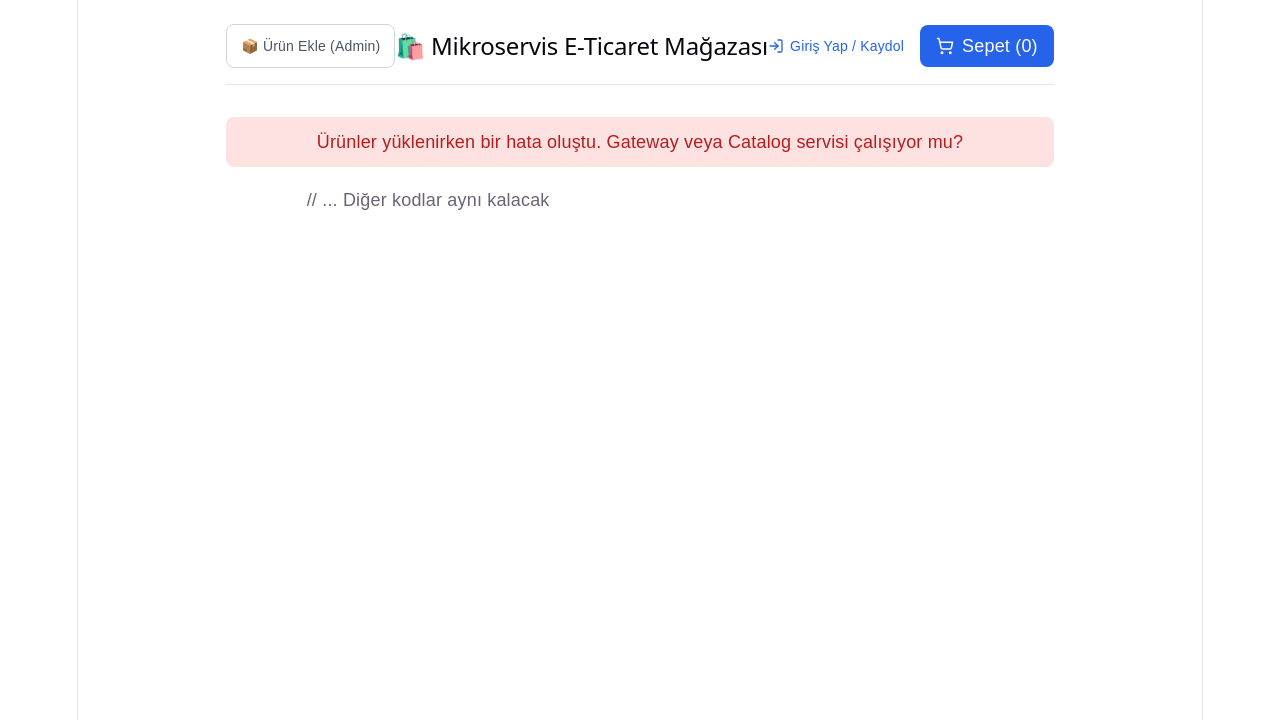
Repository: emir1958/EticaretMicroservice
Page: / (app in src/Clients/ecommerce-ui/)
These files come from the project's save history. The page is drawn as it stood at one moment and after the next save; the edit follows.
The browser window is 1280 px wide. The pictures show the whole page.
The page's requests for data from a server got no answer. The project was rebuilt for these pictures with package versions that can differ from the ones it lists, and the page was loaded fresh each time. No one was signed in, and anything a server would have sent is missing. Also part of the build but not shown: src/Clients/ecommerce-ui/vite.config.js, src/Clients/ecommerce-ui/src/pages/customer/ProductDetail.jsx, src/Clients/ecommerce-ui/src/hooks/useOrderHub.js, src/Clients/ecommerce-ui/src/pages/customer/Checkout.jsx, src/Clients/ecommerce-ui/src/pages/auth/Auth.jsx, src/Clients/ecommerce-ui/src/pages/admin/AdminProduct.jsx, src/Clients/ecommerce-ui/src/pages/admin/AdminOrders.jsx, src/Clients/ecommerce-ui/src/pages/admin/AdminOrderDetail.jsx and 2 more.

Above is the page before, as saved 2026-09-20 18:15:44.

### src/Clients/ecommerce-ui/index.html
<!doctype html>
<html lang="en">
  <head>
    <meta charset="UTF-8" />
    <link rel="icon" type="image/svg+xml" href="/favicon.svg" />
    <meta name="viewport" content="width=device-width, initial-scale=1.0" />
    <title>ecommerce-ui</title>
  </head>
  <body>
    <div id="root"></div>
    <script type="module" src="/src/main.jsx"></script>
  </body>
</html>

### src/Clients/ecommerce-ui/src/index.css
:root {
  --text: #6b6375;
  --text-h: #08060d;
  --bg: #fff;
  --border: #e5e4e7;
  --code-bg: #f4f3ec;
  --accent: #aa3bff;
  --accent-bg: rgba(170, 59, 255, 0.1);
  --accent-border: rgba(170, 59, 255, 0.5);
  --social-bg: rgba(244, 243, 236, 0.5);
  --shadow:
    rgba(0, 0, 0, 0.1) 0 10px 15px -3px, rgba(0, 0, 0, 0.05) 0 4px 6px -2px;

  --sans: system-ui, 'Segoe UI', Roboto, sans-serif;
  --heading: system-ui, 'Segoe UI', Roboto, sans-serif;
  --mono: ui-monospace, Consolas, monospace;

  font: 18px/145% var(--sans);
  letter-spacing: 0.18px;
  color-scheme: light dark;
  color: var(--text);
  background: var(--bg);
  font-synthesis: none;
  text-rendering: optimizeLegibility;
  -webkit-font-smoothing: antialiased;
  -moz-osx-font-smoothing: grayscale;

  @media (max-width: 1024px) {
    font-size: 16px;
  }
}

@media (prefers-color-scheme: dark) {
  :root {
    --text: #9ca3af;
    --text-h: #f3f4f6;
    --bg: #16171d;
    --border: #2e303a;
    --code-bg: #1f2028;
    --accent: #c084fc;
    --accent-bg: rgba(192, 132, 252, 0.15);
    --accent-border: rgba(192, 132, 252, 0.5);
    --social-bg: rgba(47, 48, 58, 0.5);
    --shadow:
      rgba(0, 0, 0, 0.4) 0 10px 15px -3px, rgba(0, 0, 0, 0.25) 0 4px 6px -2px;
  }

  #social .button-icon {
    filter: invert(1) brightness(2);
  }
}

body {
  margin: 0;
}

#root {
  width: 1126px;
  max-width: 100%;
  margin: 0 auto;
  text-align: center;
  border-inline: 1px solid var(--border);
  min-height: 100svh;
  display: flex;
  flex-direction: column;
  box-sizing: border-box;
}

h1,
h2 {
  font-family: var(--heading);
  font-weight: 500;
  color: var(--text-h);
}

h1 {
  font-size: 56px;
  letter-spacing: -1.68px;
  margin: 32px 0;
  @media (max-width: 1024px) {
    font-size: 36px;
    margin: 20px 0;
  }
}
h2 {
  font-size: 24px;
  line-height: 118%;
  letter-spacing: -0.24px;
  margin: 0 0 8px;
  @media (max-width: 1024px) {
    font-size: 20px;
  }
}
p {
  margin: 0;
}

code,
.counter {
  font-family: var(--mono);
  display: inline-flex;
  border-radius: 4px;
  color: var(--text-h);
}

code {
  font-size: 15px;
  line-height: 135%;
  padding: 4px 8px;
  background: var(--code-bg);
}

### src/Clients/ecommerce-ui/src/App.jsx
import React from "react";
import { BrowserRouter, Routes, Route } from "react-router-dom";
import { AuthProvider } from "./context/AuthContext";
import { CartProvider } from "./context/CartContext";
import ProductList from "./pages/customer/ProductList";
import ProductDetail from "./pages/customer/ProductDetail";
import Checkout from "./pages/customer/Checkout";
import Auth from "./pages/auth/Auth";
import AdminProduct from "./pages/admin/AdminProduct";
import AdminOrders from "./pages/admin/AdminOrders";
import AdminOrderDetail from "./pages/admin/AdminOrderDetail";
import ProtectedRoute from "./components/ProtectedRoute";
import CartDrawer from "./components/CartDrawer";

export default function App() {
  return (
    <AuthProvider>
      <CartProvider>
        <BrowserRouter>
          {/* 🟢 Tüm Sayfalarda Çalışan Ortak Sepet Popup'ı */}
          <CartDrawer />

          <Routes>
            <Route path="/" element={<ProductList />} />
            <Route path="/product/:id" element={<ProductDetail />} />{" "}
            {/* 🟢 Eklendi */}
            <Route path="/auth" element={<Auth />} />
            {/* Admin Rotaları */}
            <Route path="/admin/products" element={<AdminProduct />} />
            <Route path="/admin/orders" element={<AdminOrders />} />{" "}
            {/* 🟢 Eklendi */}
            <Route
              path="/admin/orders/:id"
              element={<AdminOrderDetail />}
            />{" "}
            {/* 🟢 Eklendi */}
            <Route
              path="/checkout"
              element={
                <ProtectedRoute>
                  <Checkout />
                </ProtectedRoute>
              }
            />
          </Routes>
        </BrowserRouter>
      </CartProvider>
    </AuthProvider>
  );
}

### src/Clients/ecommerce-ui/src/context/AuthContext.jsx
import React, { createContext, useContext, useState, useEffect } from "react";
import api from "../services/api";

const AuthContext = createContext();

const parseJwt = (token) => {
  try {
    const base64Url = token.split(".")[1];
    const base64 = base64Url.replace(/-/g, "+").replace(/_/g, "/");
    const jsonPayload = decodeURIComponent(
      window
        .atob(base64)
        .split("")
        .map((c) => "%" + ("00" + c.charCodeAt(0).toString(16)).slice(-2))
        .join(""),
    );
    return JSON.parse(jsonPayload);
  } catch {
    return null;
  }
};

export const AuthProvider = ({ children }) => {
  const [token, setToken] = useState(localStorage.getItem("token") || null);
  const [user, setUser] = useState(null);
  const [loading, setLoading] = useState(true);

  useEffect(() => {
    if (token) {
      const decoded = parseJwt(token);
      if (decoded && decoded.exp * 1000 > Date.now()) {
        setUser({
          id:
            decoded.sub ||
            decoded[
              "http://schemas.xmlsoap.org/ws/2005/05/identity/claims/nameidentifier"
            ] ||
            decoded.nameid,
          email:
            decoded.email ||
            decoded[
              "http://schemas.xmlsoap.org/ws/2005/05/identity/claims/emailaddress"
            ],
          username:
            decoded.unique_name ||
            decoded[
              "http://schemas.xmlsoap.org/ws/2005/05/identity/claims/name"
            ] ||
            "Kullanıcı",
          role:
            decoded.role ||
            decoded[
              "http://schemas.microsoft.com/ws/2008/06/identity/claims/role"
            ] ||
            "User",
        });
      } else {
        logout();
      }
    } else {
      setUser(null);
    }
    setLoading(false);
  }, [token]);

  const login = async (email, password) => {
    // Gateway -> /api/auth/login rotasına gider
    const response = await api.post("/api/auth/login", {
      email: email.trim(),
      password,
    });

    // 🟢 Backend { Token: "..." } formatında döner
    const receivedToken = response.data.Token || response.data.token;
    if (!receivedToken) {
      throw new Error("Token alınamadı.");
    }

    localStorage.setItem("token", receivedToken);
    setToken(receivedToken);
    return response.data;
  };

  const register = async (username, email, password) => {
    // 🟢 Backend RegisterDto { Username, Email, Password } bekler
    const response = await api.post("/api/auth/register", {
      username: username.trim(),
      email: email.trim(),
      password,
    });
    return response.data;
  };

  const logout = () => {
    localStorage.removeItem("token");
    setToken(null);
    setUser(null);
  };

  return (
    <AuthContext.Provider
      value={{
        token,
        user,
        isAuthenticated: !!token,
        login,
        register,
        logout,
        loading,
      }}
    >
      {!loading && children}
    </AuthContext.Provider>
  );
};

export const useAuth = () => useContext(AuthContext);

### src/Clients/ecommerce-ui/src/context/CartContext.jsx
import React, { createContext, useContext, useState, useEffect } from "react";

const CartContext = createContext();

export const CartProvider = ({ children }) => {
  const [cart, setCart] = useState(() => {
    try {
      const savedCart = localStorage.getItem("ecommerce_cart");
      return savedCart ? JSON.parse(savedCart) : [];
    } catch {
      return [];
    }
  });

  // 🟢 Yeni: Popup ve Bildirim State'leri
  const [isCartOpen, setIsCartOpen] = useState(false);
  const [successMessage, setSuccessMessage] = useState("");

  useEffect(() => {
    localStorage.setItem("ecommerce_cart", JSON.stringify(cart));
  }, [cart]);

  // 🟢 Güncellendi: addQty parametresi eklendi
  const addToCart = (product, addQty = 1) => {
    const targetId = product.id || product._id;
    if (!targetId) return;

    setCart((prev) => {
      const existing = prev.find((item) => item.id === targetId);
      if (existing) {
        return prev.map((item) =>
          item.id === targetId
            ? {
                ...item,
                name: product.name || item.name,
                price: product.price ?? item.price,
                imageUrl: product.imageUrl || item.imageUrl,
                quantity: item.quantity + addQty,
              }
            : item,
        );
      }
      return [
        ...prev,
        {
          id: targetId,
          name: product.name || "Ürün",
          price: product.price || 0,
          imageUrl: product.imageUrl || "",
          quantity: addQty,
        },
      ];
    });

    // 🟢 Ekleme başarılı bildirimi ve Popup'ı açma
    setSuccessMessage("Ürün sepetinize başarıyla eklendi.");
    setTimeout(() => {
      setSuccessMessage("");
      setIsCartOpen(true);
    }, 800); // 800ms sonra sepet açılsın
  };

  const removeFromCart = (id) => {
    setCart((prev) => prev.filter((item) => item.id !== id));
  };

  const updateQuantity = (id, quantity) => {
    if (quantity <= 0) {
      removeFromCart(id);
      return;
    }
    setCart((prev) =>
      prev.map((item) => (item.id === id ? { ...item, quantity } : item)),
    );
  };

  const clearCart = () => {
    setCart([]);
    localStorage.removeItem("ecommerce_cart");
  };

  const totalAmount = cart.reduce(
    (sum, item) => sum + (item.price || 0) * (item.quantity || 1),
    0,
  );

  return (
    <CartContext.Provider
      value={{
        cart,
        addToCart,
        removeFromCart,
        updateQuantity,
        clearCart,
        totalAmount,
        isCartOpen, // Eklendi
        setIsCartOpen, // Eklendi
        successMessage, // Eklendi
      }}
    >
      {children}
    </CartContext.Provider>
  );
};

export const useCart = () => useContext(CartContext);

### src/Clients/ecommerce-ui/src/pages/customer/ProductList.jsx
import React, { useEffect, useState } from "react";
import api from "../../services/api";
import { useCart } from "../../context/CartContext";
import { useAuth } from "../../context/AuthContext";
import {
  ShoppingCart,
  Package,
  LogIn,
  LogOut,
  User as UserIcon,
} from "lucide-react";
import { Link } from "react-router-dom";

export default function ProductList() {
  const [products, setProducts] = useState([]);
  const [loading, setLoading] = useState(true);
  const [error, setError] = useState(null);

  const { addToCart, cart } = useCart();
  const { user, isAuthenticated, logout } = useAuth();

  useEffect(() => {
    api
      .get("/api/Products")
      .then((res) => {
        const responseData = Array.isArray(res.data)
          ? res.data
          : res.data?.data || [];

        setProducts(responseData);
        setLoading(false);
      })
      .catch((err) => {
        console.error("Katalog çekme hatası:", err);
        setError(
          "Ürünler yüklenirken bir hata oluştu. Gateway veya Catalog servisi çalışıyor mu?",
        );
        setLoading(false);
      });
  }, []);

  const totalCartCount = cart.reduce((sum, i) => sum + i.quantity, 0);

  return (
    <div
      style={{
        maxWidth: "1000px",
        margin: "0 auto",
        padding: "24px",
        fontFamily: "sans-serif",
      }}
    >
      {/* Üst Bar */}
      <header
        style={{
          display: "flex",
          justifyContent: "space-between",
          alignItems: "center",
          marginBottom: "32px",
          paddingBottom: "16px",
          borderBottom: "1px solid #e5e7eb",
        }}
      >
        <Link
          to="/admin/products"
          style={{
            display: "flex",
            alignItems: "center",
            gap: "6px",
            textDecoration: "none",
            color: "#4b5563",
            border: "1px solid #d1d5db",
            padding: "8px 14px",
            borderRadius: "8px",
            fontSize: "14px",
            fontWeight: "500",
          }}
        >
          📦 Ürün Ekle (Admin)
        </Link>

        <h2 style={{ margin: 0 }}>🛍️ Mikroservis E-Ticaret Mağazası</h2>

        <div style={{ display: "flex", alignItems: "center", gap: "16px" }}>
          {isAuthenticated ? (
            <div style={{ display: "flex", alignItems: "center", gap: "12px" }}>
              <span
                style={{
                  display: "flex",
                  alignItems: "center",
                  gap: "6px",
                  fontSize: "14px",
                  color: "#374151",
                  background: "#f3f4f6",
                  padding: "6px 12px",
                  borderRadius: "20px",
                }}
              >
                <UserIcon size={16} color="#6b7280" />
                {user?.username || user?.email || "Hesabım"}
              </span>
              <button
                onClick={logout}
                style={{
                  display: "flex",
                  alignItems: "center",
                  gap: "4px",
                  border: "1px solid #d1d5db",
                  background: "#fff",
                  padding: "6px 12px",
                  borderRadius: "6px",
                  cursor: "pointer",
                  fontSize: "13px",
                  color: "#ef4444",
                }}
              >
                <LogOut size={14} /> Çıkış
              </button>
            </div>
          ) : (
            <Link
              to="/auth"
              style={{
                display: "flex",
                alignItems: "center",
                gap: "6px",
                textDecoration: "none",
                color: "#2563eb",
                fontWeight: "500",
                fontSize: "14px",
              }}
            >
              <LogIn size={16} /> Giriş Yap / Kaydol
            </Link>
          )}

          <Link
            to="/checkout"
            style={{
              display: "flex",
              alignItems: "center",
              gap: "8px",
              textDecoration: "none",
              background: "#2563eb",
              color: "#fff",
              padding: "8px 16px",
              borderRadius: "8px",
              fontWeight: "500",
            }}
          >
            <ShoppingCart size={18} />
            <span>Sepet ({totalCartCount})</span>
          </Link>
        </div>
      </header>

      {/* Durum Bildirimleri */}
      {loading && <p style={{ color: "#6b7280" }}>Ürünler yükleniyor...</p>}
      {error && (
        <div
          style={{
            background: "#fee2e2",
            color: "#b91c1c",
            padding: "12px",
            borderRadius: "8px",
            marginBottom: "20px",
          }}
        >
          {error}
        </div>
      )}

      {/* Ürün Listesi Grid */}
      <div
        style={{
          display: "grid",
          gridTemplateColumns: "repeat(auto-fill, minmax(280px, 1fr))",
          gap: "20px",
        }}
      >
        // ... Diğer kodlar aynı kalacak
        {products.map((p) => (
          <div
            key={p.id}
            style={{
              border: "1px solid #e5e7eb",
              borderRadius: "12px",
              padding: "16px",
              display: "flex",
              flexDirection: "column",
              justifyContent: "space-between",
              background: "#fff",
              boxShadow: "0 1px 3px rgba(0,0,0,0.05)",
            }}
          >
            {/* 🟢 Detaya Yönlendiren Link */}
            <Link
              to={`/product/${p.id}`}
              style={{ textDecoration: "none", color: "inherit" }}
            >
              <div
                style={{
                  background: "#f9fafb",
                  height: "160px",
                  borderRadius: "8px",
                  display: "flex",
                  alignItems: "center",
                  justifyContent: "center",
                  marginBottom: "12px",
                  overflow: "hidden",
                }}
              >
                {p.imageUrl ? (
                  <img
                    src={p.imageUrl}
                    alt={p.name}
                    style={{
                      width: "100%",
                      height: "100%",
                      objectFit: "cover",
                    }}
                  />
                ) : (
                  <Package size={48} color="#9ca3af" />
                )}
              </div>
              <h3
                style={{
                  margin: "0 0 8px 0",
                  fontSize: "18px",
                  color: "#111827",
                }}
              >
                {p.name}
              </h3>
              <p
                style={{
                  color: "#6b7280",
                  fontSize: "14px",
                  margin: "0 0 12px 0",
                  lineHeight: "1.4",
                }}
              >
                {p.description || "Açıklama bulunmuyor"}
              </p>
            </Link>

            <div
              style={{
                display: "flex",
                justifyContent: "space-between",
                alignItems: "center",
                marginTop: "12px",
                paddingTop: "12px",
                borderTop: "1px solid #f3f4f6",
              }}
            >
              <span
                style={{
                  fontSize: "18px",
                  fontWeight: "bold",
                  color: "#111827",
                }}
              >
                {p.price} TL
              </span>
              <button
                onClick={() =>
                  addToCart({
                    id: p.id,
                    name: p.name,
                    price: p.price,
                    imageUrl: p.imageUrl,
                  })
                }
                style={{
                  background: "#2563eb",
                  color: "#fff",
                  border: "none",
                  padding: "8px 14px",
                  borderRadius: "6px",
                  fontWeight: "bold",
                  cursor: "pointer",
                }}
              >
                Sepete Ekle
              </button>
            </div>
          </div>
        ))}
      </div>
    </div>
  );
}

### src/Clients/ecommerce-ui/src/services/api.js
import axios from 'axios';

const api = axios.create({
  baseURL: 'http://localhost:5000' // Gateway Adresimiz
});

// Her istek öncesi araya girip Token ekleyen Interceptor
api.interceptors.request.use(
  (config) => {
    const token = localStorage.getItem('token');
    if (token) {
      config.headers.Authorization = `Bearer ${token}`;
    }
    return config;
  },
  (error) => Promise.reject(error)
);

export default api;

Loaded but not shown: src/Clients/ecommerce-ui/src/main.jsx (common file)

After the next save:
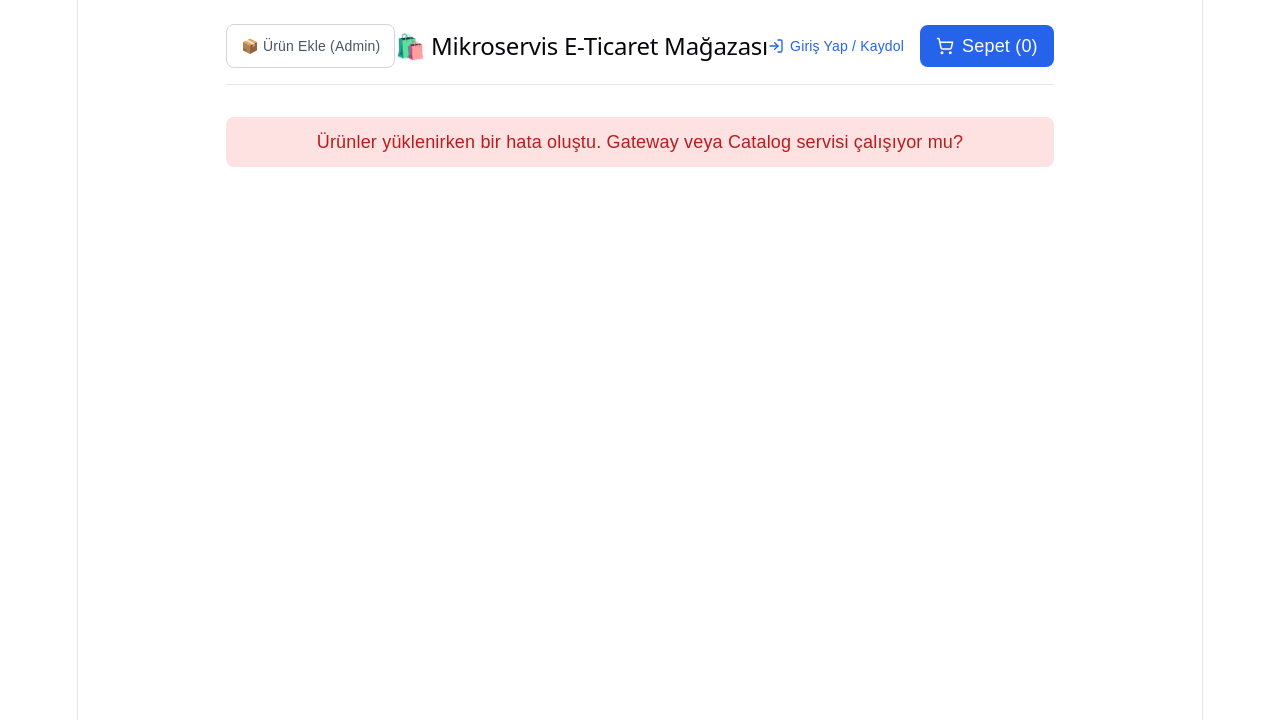
Saved 10 s later.
--- a/src/Clients/ecommerce-ui/src/pages/customer/ProductList.jsx
+++ b/src/Clients/ecommerce-ui/src/pages/customer/ProductList.jsx
@@ -178,7 +178,6 @@ export default function ProductList() {
           gap: "20px",
         }}
       >
-        // ... Diğer kodlar aynı kalacak
         {products.map((p) => (
           <div
             key={p.id}
